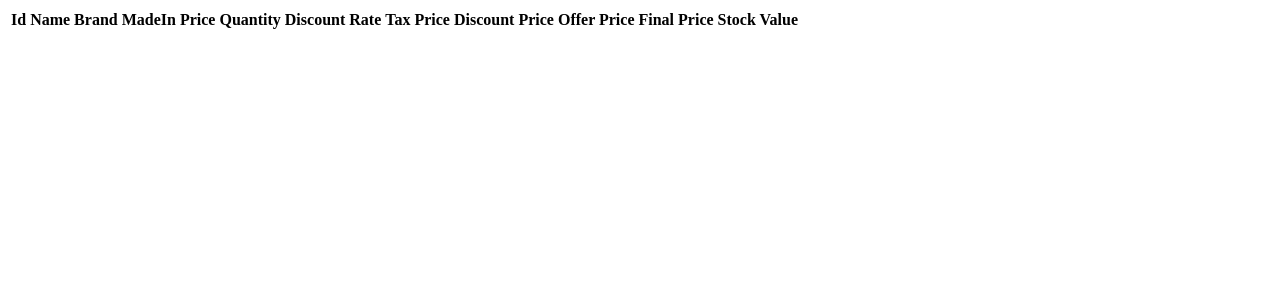
Repository: SruthiBethi/SpringBootMVC
Page: http://localhost/product-list
An editor plug-in stored every save of this project. The page is shown before and after the next save, followed by the edit.
The browser window is 1280 px wide. The pictures show the whole page.
The page is this project's Thymeleaf template; nobody is signed in. The template is opened directly, without the code that normally fills it, so the values that code supplies are empty.

Above is the page before, as saved 2024-12-20 10:23:02.

After the next save:
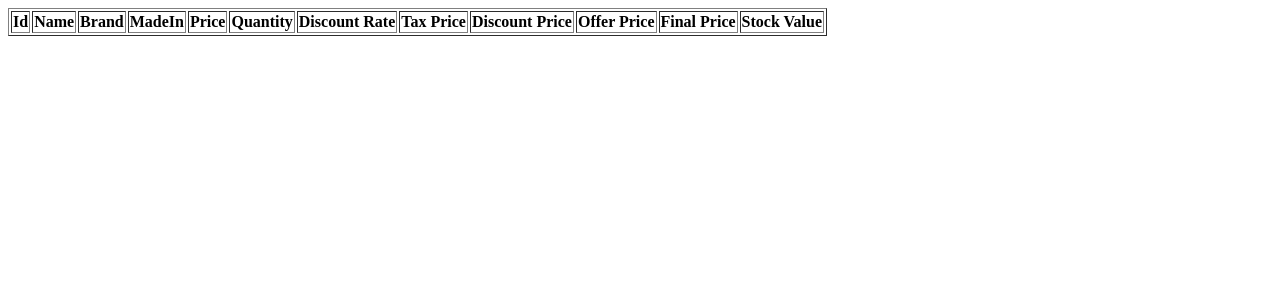
Saved 106 s later.
--- a/SpringBootMVCExample/src/main/resources/templates/product-list.html
+++ b/SpringBootMVCExample/src/main/resources/templates/product-list.html
@@ -4,7 +4,7 @@
 	</head>
 	<body>
 		<div>
-			<table>
+			<table border="1 px">
 				<thead>
 					<tr>
 						<th>Id</th>
